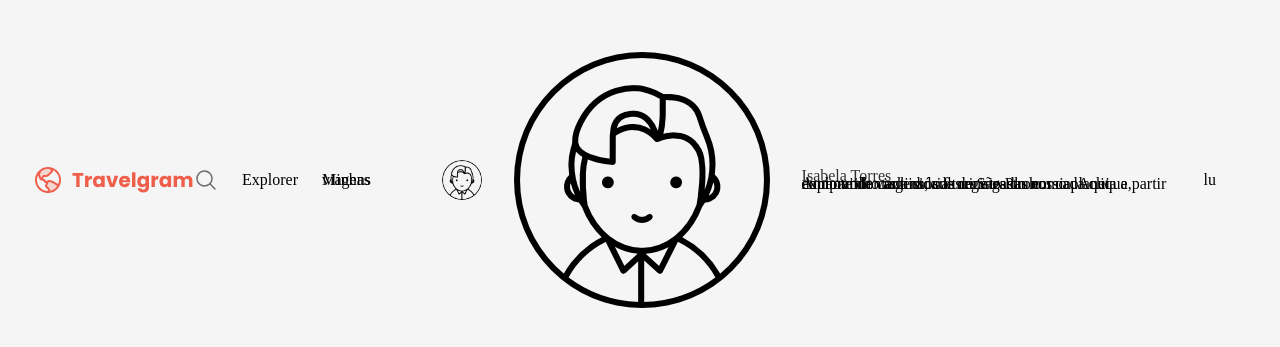
Repository: JeffRodFer/projeto-Travelgran-Rockeseat
Page: index.html
An editor plug-in stored every save of this project. The page is shown before and after a run of saves, followed by the edit.
The browser window is 1280 px wide. The pictures show the whole page.

Above is the page before, as saved 2025-03-22 15:37:00.

### index.html
<!DOCTYPE html>
<html lang="pt-br">
    <head>

        <link rel="preconnect" href="https://fonts.googleapis.com">
        <link rel="preconnect" href="https://fonts.gstatic.com" crossorigin>
        <meta charset="UTF-8">
        <meta name="viewport" content="width=device-width, initial-scale=1.0">
        <title>travelgran | Perfil de viagens</title>
        <link rel="stylesheet" href="styles/index.css">
        <link href="https://fonts.googleapis.com/css2?family=Bree+Serif&family=Poppins:wght@400;700&display=swap" rel="stylesheet">

    </head>
    <body>
         <div class="bg-surface-color">
                <nav class="container">
                        <a href="#" id="logo">
                        <img src="assets/Logo.svg" alt="logomarca">
                        </a>
                    <ul id="primary-menu">
                        <li>
                            <a href="#">
                                <img src="assets/icons/MagnifyingGlass.svg" alt="ícone de lupa">
                            </a>
                        </li>
                        <li><a href="#">Explorer</a></li>
                        <li><a href="#">Minhas viagens</a></li>
                        <li><a href="#">
                            <img src="assets/profi-pic-2.png" alt="foto de perfil do boy">
                            </a>
                        </li>
                    </ul
                </nav>


                <header class="bg-surface-color">
                    <div class="container">
                        <div id="profile">
                            <img src="assets/profi-pic-2.png" alt="imagem do boy">
                                <div>
                                    <h1>Isabela Torres</h1>
                                    <p>
                                        Amante de viagens, cultura e gastronomia. Aqui compartilho as histórias registradas em cada clique, explorando cantinhos fascinates do nosso planeta a partir da movimentada cidade de São Paulo.
                                    </p>
                                </div>
                            <div id="info">
                               lu

                            </div>
                    </div>
                </header>
        </div>
    </body>


</html>

### styles/global.css
* {
    margin: 0;
    padding: 0;
    box-sizing: border-box;
}
:root {
--brand-color: #ef5f4c;
--background-color: #ffffff;
--surface-color: #f5f5f5;
--skeleton-color: #d9d9d9;
--shape-transparent: #ffffff8f;
--text-color-primary: #313131;
--text-color-secondary: #6c6c6c:

--font-family: "Poppins" , sans-serif;
--text-lg: bold 32px/125% var(--font-family);
--text: 16px/1.5 var(--font-family);
--text-md: 14px/170% var(--font-family);
--text-sm: 12px/170% var(--font-family);

}
body {
    font: var(--text);
    color: var(--text-color-secondary);
    background-color: var(--background-color);
}
a {
    text-decoration: none;
    color: inherit;
}
a:hover {
    color: var(--brand-color);
    text-decoration: underline;
}

.container {
    padding-inline: 32px;
    margin-inline: auto;
}

.bg-surface-color {
    background-color: var(--surface-color);
}

### styles/nav.css
nav {
    display: flex;
    justify-content: space-between;
    align-items: center;

    line-height: 0;
    padding-block: 20px;

}

nav ul {
    display: flex;
    list-style: none;
    align-items: center;
    gap: 24px;

    padding-block: 8px;;
}

nav ul li:last-child img {
    width: 40px;
    height: 40px;
    object-fit: cover;
    border-radius: 50%;
}

### styles/header.css
header {
    padding-block: 32px;
}

#profile {
    display: flex;
    align-items: center;
    gap: 32px;
}

#profile > div {
    max-width: 384px;
}

#profile h1 {
    font: var(--text-lg);
    color: var(--text-color-primary);
    margin-bottom: 8px;
}

#profile p {
    font: var(--text-md);
}

Loaded but not shown: styles/index.css (common file)

After the next 5 saves:
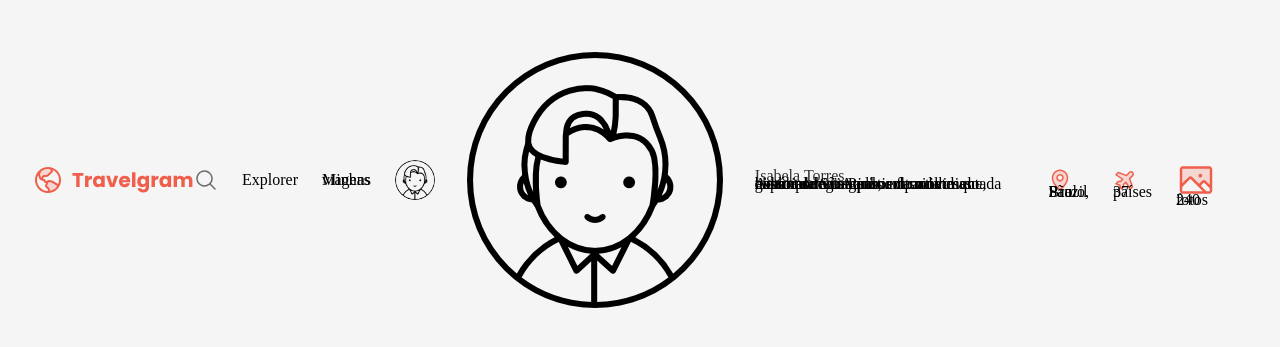
The 5 saves are shown as one change because they came seconds apart.
The last was saved 11 s later.
--- a/index.html
+++ b/index.html
@@ -44,7 +44,20 @@
                                     </p>
                                 </div>
                             <div id="info">
-                               lu
+                               <ul>
+                                <li>
+                                    <img src="assets/icons/MapPin.svg" alt="ícone de mapa">
+                                    <span>São Paulo, Brazil</span>
+                                </li>
+                                <li>
+                                    <img src="assets/icons/AirplaneTilt.svg" alt="ícone de avião">
+                                    <span>37 países</span>
+                                </li>
+                                <li>
+                                    <img src="assets/icons/Image.svg" alt="ícone de fotos">
+                                    <span>240 fotos</span>
+                                </li>
+                               </ul>
 
                             </div>
                     </div>
